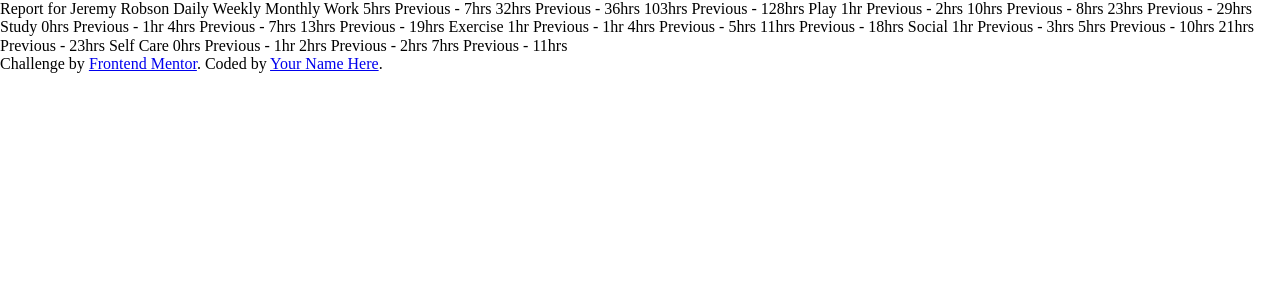
Repository: Jay-JYKim91/FM_time-tracking-dashboard
Page: index.html
These files come from the project's save history. The page is drawn as it stood at one moment and after the next save; the edit follows.
The browser window is 1280 px wide. The pictures show the whole page.

Above is the page before, as saved 2021-12-15 12:55:06.

### index.html
<!DOCTYPE html>
<html lang="en">
<head>
  <meta charset="UTF-8">
  <meta name="viewport" content="width=device-width, initial-scale=1.0"> <!-- displays site properly based on user's device -->

  <link rel="icon" type="image/png" sizes="32x32" href="./images/favicon-32x32.png">

  <title>Time tracking dashboard</title>
  <link rel="stylesheet" href="https://cdnjs.cloudflare.com/ajax/libs/normalize/8.0.1/normalize.min.css" integrity="sha512-NhSC1YmyruXifcj/KFRWoC561YpHpc5Jtzgvbuzx5VozKpWvQ+4nXhPdFgmx8xqexRcpAglTj9sIBWINXa8x5w==" crossorigin="anonymous" referrerpolicy="no-referrer" />
  <link rel="preconnect" href="https://fonts.googleapis.com">
  <link rel="preconnect" href="https://fonts.gstatic.com" crossorigin>
  <link href="https://fonts.googleapis.com/css2?family=Rubik:wght@300;400;500&display=swap" rel="stylesheet">
  <link rel="stylesheet" href="style.css">
  <script src="main.js" defer></script>
</head>
<body>

  Report for
  Jeremy Robson

  Daily
  Weekly
  Monthly

  Work
  5hrs <!-- daily -->
  Previous - 7hrs <!-- daily -->
  32hrs <!-- weekly -->
  Previous - 36hrs <!-- weekly -->
  103hrs <!-- monthly -->
  Previous - 128hrs <!-- monthly -->

  Play
  1hr <!-- daily -->
  Previous - 2hrs <!-- daily -->
  10hrs <!-- weekly -->
  Previous - 8hrs <!-- weekly -->
  23hrs <!-- monthly -->
  Previous - 29hrs <!-- monthly -->

  Study
  0hrs <!-- daily -->
  Previous - 1hr <!-- daily -->
  4hrs <!-- weekly -->
  Previous - 7hrs <!-- weekly -->
  13hrs <!-- monthly -->
  Previous - 19hrs <!-- monthly -->

  Exercise
  1hr <!-- daily -->
  Previous - 1hr <!-- daily -->
  4hrs <!-- weekly -->
  Previous - 5hrs <!-- weekly -->
  11hrs <!-- monthly -->
  Previous - 18hrs <!-- monthly -->

  Social
  1hr <!-- daily -->
  Previous - 3hrs <!-- daily -->
  5hrs <!-- weekly -->
  Previous - 10hrs <!-- weekly -->
  21hrs <!-- monthly -->
  Previous - 23hrs <!-- monthly -->

  Self Care
  0hrs <!-- daily -->
  Previous - 1hr <!-- daily -->
  2hrs <!-- weekly -->
  Previous - 2hrs <!-- weekly -->
  7hrs <!-- monthly -->
  Previous - 11hrs <!-- monthly -->


  <div class="attribution">
    Challenge by <a href="https://www.frontendmentor.io?ref=challenge" target="_blank">Frontend Mentor</a>.
    Coded by <a href="#">Your Name Here</a>.
  </div>
</body>
</html>

### style.css
:root {
  --body-font: "Rubik", sans-serif;

  --blue: hsl(246, 80%, 60%);
  --light-red: hsl(15, 100%, 70%);
  --soft-blue: hsl(195, 74%, 62%);
  --light-red: hsl(348, 100%, 68%);
  --lime-green: hsl(145, 58%, 55%);
  --violet: hsl(264, 64%, 52%);
  --soft-orange: hsl(43, 84%, 65%);
  --very-dark-blue: hsl(226, 43%, 10%);
  --dark-blue: hsl(235, 46%, 20%);
  --desaturated-blue: hsl(235, 45%, 61%);
  --pale-blue: hsl(236, 100%, 87%);
}
/* --Light red (work): hsl(15, 100%, 70%)
--Soft blue (play): hsl(195, 74%, 62%)
--Light red (study): hsl(348, 100%, 68%)
--Lime green (exercise): hsl(145, 58%, 55%)
--Violet (social): hsl(264, 64%, 52%) */

@media (min-width: 768px) and (max-width: 1023px) {
}

@media (max-width: 767px) {
}

Loaded but not shown: main.js (empty)

After the next save:
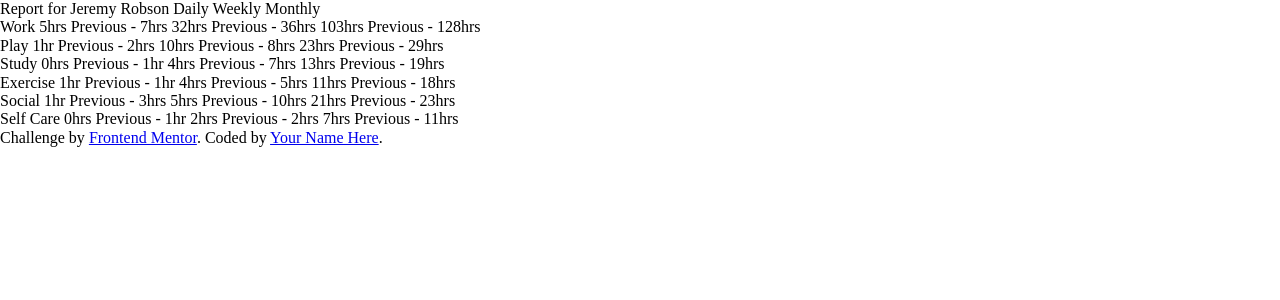
Saved 10 min 24 s later.
--- a/index.html
+++ b/index.html
@@ -15,23 +15,26 @@
   <script src="main.js" defer></script>
 </head>
 <body>
+  <section class="container">
+    <article>
+      Report for
+      Jeremy Robson
 
-  Report for
-  Jeremy Robson
-
-  Daily
-  Weekly
-  Monthly
-
-  Work
+      Daily
+      Weekly
+      Monthly
+    </article>
+    <article>
+      Work
   5hrs <!-- daily -->
   Previous - 7hrs <!-- daily -->
   32hrs <!-- weekly -->
   Previous - 36hrs <!-- weekly -->
   103hrs <!-- monthly -->
   Previous - 128hrs <!-- monthly -->
-
-  Play
+    </article>
+    <article>
+      Play
   1hr <!-- daily -->
   Previous - 2hrs <!-- daily -->
   10hrs <!-- weekly -->
@@ -39,7 +42,10 @@
   23hrs <!-- monthly -->
   Previous - 29hrs <!-- monthly -->
 
-  Study
+
+    </article>
+    <article>
+      Study
   0hrs <!-- daily -->
   Previous - 1hr <!-- daily -->
   4hrs <!-- weekly -->
@@ -47,7 +53,10 @@
   13hrs <!-- monthly -->
   Previous - 19hrs <!-- monthly -->
 
-  Exercise
+
+    </article>
+    <article>
+      Exercise
   1hr <!-- daily -->
   Previous - 1hr <!-- daily -->
   4hrs <!-- weekly -->
@@ -55,7 +64,10 @@
   11hrs <!-- monthly -->
   Previous - 18hrs <!-- monthly -->
 
-  Social
+
+    </article>
+    <article>
+      Social
   1hr <!-- daily -->
   Previous - 3hrs <!-- daily -->
   5hrs <!-- weekly -->
@@ -63,13 +75,24 @@
   21hrs <!-- monthly -->
   Previous - 23hrs <!-- monthly -->
 
-  Self Care
+
+    </article>
+    <article>
+      Self Care
   0hrs <!-- daily -->
   Previous - 1hr <!-- daily -->
   2hrs <!-- weekly -->
   Previous - 2hrs <!-- weekly -->
   7hrs <!-- monthly -->
   Previous - 11hrs <!-- monthly -->
+    </article>
+  </section>
+
+
+
+
+
+
 
 
   <div class="attribution">
